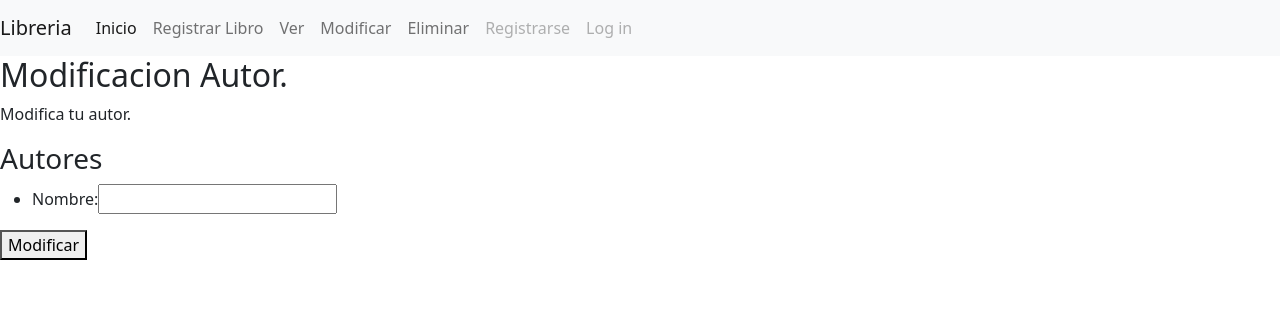
Repository: frnalonso/libreria
Page: src/main/resources/templates/modificarAutor.html
The author's editor kept a copy of each file at every save. The page is drawn from the files as they stood at one save, then again after the next save.
The browser window is 1280 px wide. The pictures show the whole page.

Above is the page before, as saved 2021-11-13 14:05:07.

After the next save:
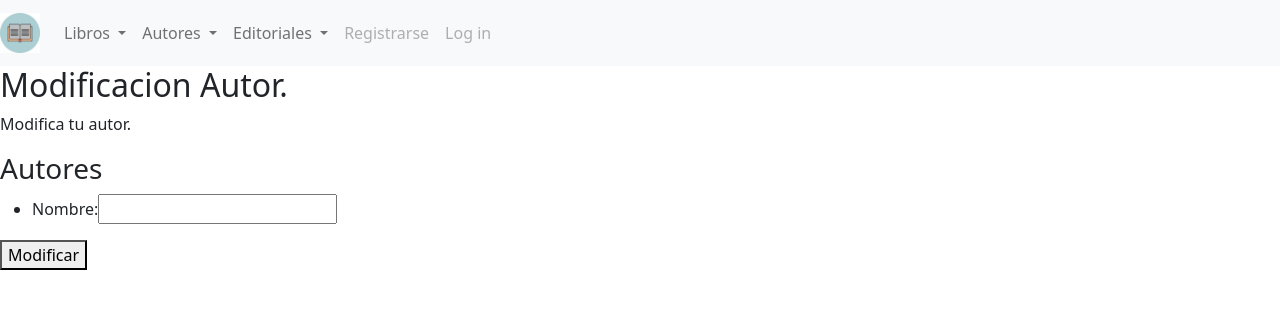
Saved 20 s later.
--- a/src/main/resources/templates/modificarAutor.html
+++ b/src/main/resources/templates/modificarAutor.html
@@ -12,22 +12,44 @@
   </head>
   <body>
     <nav class="navbar navbar-expand-lg navbar-light bg-light">
-        <a class="navbar-brand" href="/">Libreria</a>
-        <button class="navbar-toggler" type="button" data-toggle="collapse" data-target="#navbarNavAltMarkup" aria-controls="navbarNavAltMarkup" aria-expanded="false" aria-label="Toggle navigation">
-          <span class="navbar-toggler-icon"></span>
-        </button>
-        <div class="collapse navbar-collapse" id="navbarNavAltMarkup">
-          <div class="navbar-nav">
-            <a class="nav-item nav-link active" href="/">Inicio <span class="sr-only"></span></a>
-            <a class="nav-item nav-link" href="/registro">Registrar Libro</a>
-            <a class="nav-item nav-link" href="/mostrar">Ver</a>
-            <a class="nav-item nav-link" href="/modificar/{id}">Modificar</a>
-            <a class="nav-item nav-link" href="/eliminar">Eliminar</a>
-            <a class="nav-item nav-link disabled" href="Log in">Registrarse</a>
-            <a class="nav-item nav-link disabled" href="Log in">Log in</a>
-          </div>
+      <a class="navbar-brand" href="/" ><img src="/images/icono_libreria2.jpg" width="40px" alt=""></a>
+      <button class="navbar-toggler" type="button" data-toggle="collapse" data-target="#navbarNavAltMarkup" aria-controls="navbarNavAltMarkup" aria-expanded="false" aria-label="Toggle navigation">
+        <span class="navbar-toggler-icon"></span>
+      </button>
+      <div class="collapse navbar-collapse" id="navbarNavAltMarkup">
+        <div class="navbar-nav">
+          <li class="nav-item dropdown">
+            <a class="nav-link dropdown-toggle" href="#" id="navbarDropdown" role="button" data-bs-toggle="dropdown" aria-expanded="false">
+              Libros
+            </a>
+            <ul class="dropdown-menu" aria-labelledby="navbarDropdown">
+              <li><a class="dropdown-item" href="/registro">Registrar Libro</a></li>
+              <li><a class="dropdown-item" href="/mostrar">Ver Libros</a></li>
+            </ul>
+          </li>
+          <li class="nav-item dropdown">
+            <a class="nav-link dropdown-toggle" href="#" id="navbarDropdown" role="button" data-bs-toggle="dropdown" aria-expanded="false">
+              Autores
+            </a>
+            <ul class="dropdown-menu" aria-labelledby="navbarDropdown">
+              <li><a class="dropdown-item" href="#">Registrar Autor</a></li>
+              <li><a class="dropdown-item" href="#">Ver Autores</a></li>
+            </ul>
+          </li>
+          <li class="nav-item dropdown">
+            <a class="nav-link dropdown-toggle" href="#" id="navbarDropdown" role="button" data-bs-toggle="dropdown" aria-expanded="false">
+              Editoriales
+            </a>
+            <ul class="dropdown-menu" aria-labelledby="navbarDropdown">
+              <li><a class="dropdown-item" href="#">Registrar Editorial</a></li>
+              <li><a class="dropdown-item" href="#">Ver Editoriales</a></li>
+            </ul>
+          </li>
+          <a class="nav-item nav-link disabled" href="Log in">Registrarse</a>
+          <a class="nav-item nav-link disabled" href="Log in">Log in</a>
         </div>
-      </nav>
+      </div>
+    </nav>
 
     <h2>Modificacion Autor.</h2>
 
